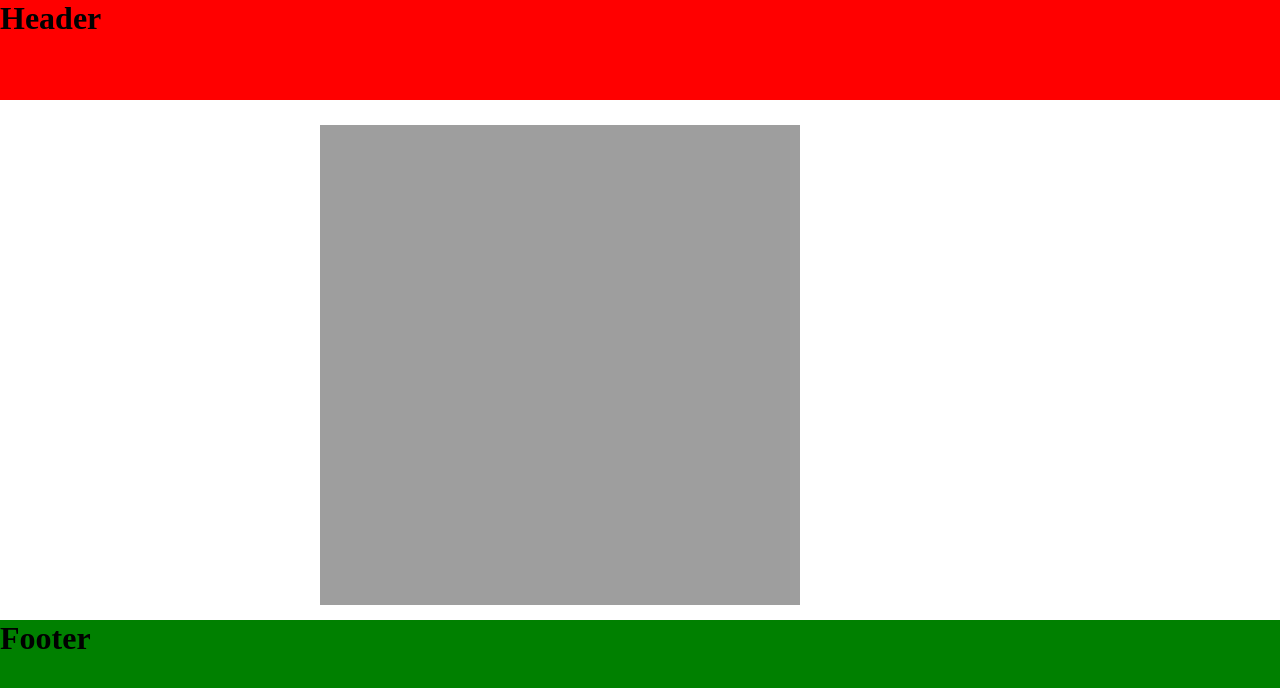
Repository: jameswilky/chess
Page: index.html
These files come from the project's save history. The page is drawn as it stood at one moment and after the next save; the edit follows.
The browser window is 1280 px wide. The pictures show the whole page.

Above is the page before, as saved 2018-11-22 08:28:26.

After the next save:
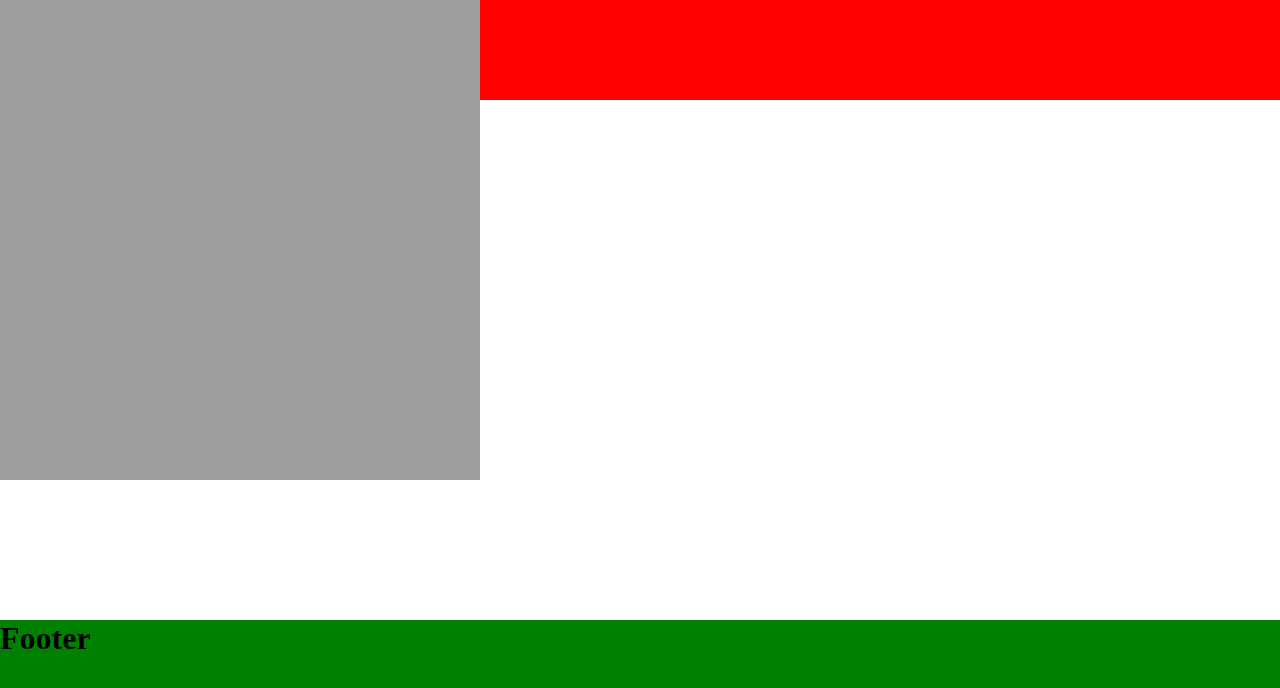
Saved 17 s later.
--- a/style.css
+++ b/style.css
@@ -11,12 +11,6 @@
   position: absolute;
   height: 480px;
   width: 480px;
-  grid-area: game;
-  top:100px;
-  bottom:100px;
-  margin: 0 25% 0 25%;
-  padding: 25px;
-  overflow: scroll;
 }
 
 #board {
